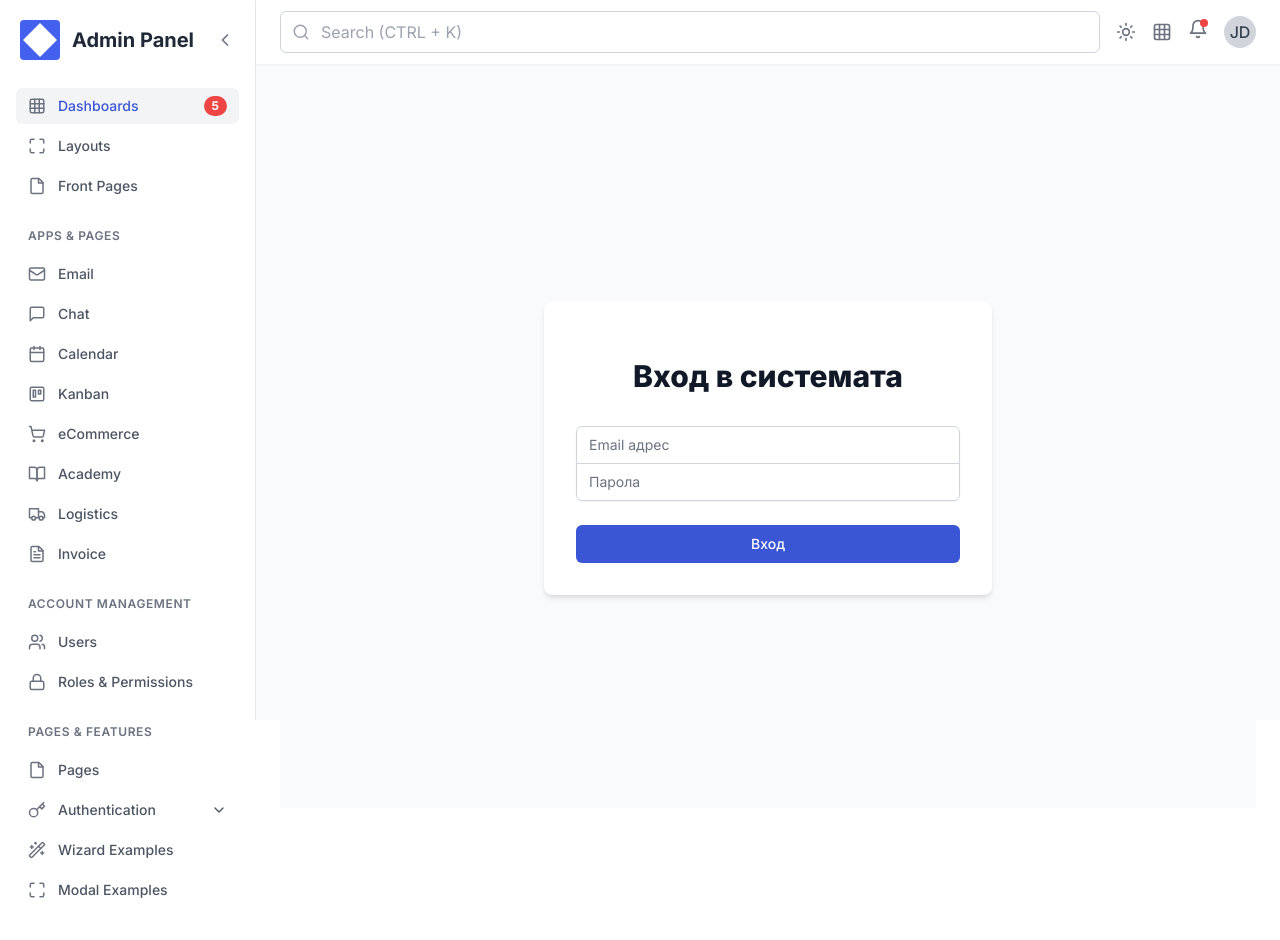
Repository: StoyanStoyanov1/DHS-Team
Page: /login (app in dhs-admin-panel/)
The author's editor kept a copy of each file at every save. The page is drawn from the files as they stood at one save, then again after the next save.
The browser window is 1280 px wide. The pictures show the whole page.
The project was rebuilt for these pictures with package versions that can differ from the ones it lists, and the page was loaded fresh each time. The framework's server and built-in components were replaced by stand-ins that run in the browser. Also part of the build but not shown: dhs-admin-panel/next.config.ts.

Above is the page before, as saved 2025-04-22 13:21:36.

### dhs-admin-panel/src/app/layout.tsx
import type { Metadata } from 'next';
import { Inter } from 'next/font/google';
import './globals.css';
import DashboardLayout from './components/Layout';

const inter = Inter({ subsets: ['latin'] });

export const metadata: Metadata = {
    title: 'Admin Dashboard',
    description: 'NextJS Admin Dashboard',
};

export default function RootLayout({
                                       children,
                                   }: {
    children: React.ReactNode
}) {
    return (
        <html lang="en">
        <body className={inter.className}>
        <DashboardLayout>
            {children}
        </DashboardLayout>
        </body>
        </html>
    );
}

### dhs-admin-panel/src/app/login/page.tsx
'use client';

import React from 'react';
import { useRouter } from 'next/navigation';

export default function LoginPage() {
    const router = useRouter();

    return (
        <div className="min-h-screen flex items-center justify-center bg-gray-50">
            <div className="max-w-md w-full space-y-8 p-8 bg-white rounded-lg shadow-md">
                <div>
                    <h2 className="mt-6 text-center text-3xl font-extrabold text-gray-900">
                        Вход в системата
                    </h2>
                </div>
                <form className="mt-8 space-y-6">
                    <div className="rounded-md shadow-sm -space-y-px">
                        <div>
                            <label htmlFor="email" className="sr-only">Email адрес</label>
                            <input
                                id="email"
                                name="email"
                                type="email"
                                required
                                className="appearance-none rounded-none relative block w-full px-3 py-2 border border-gray-300 placeholder-gray-500 text-gray-900 rounded-t-md focus:outline-none focus:ring-blue-500 focus:border-blue-500 focus:z-10 sm:text-sm"
                                placeholder="Email адрес"
                            />
                        </div>
                        <div>
                            <label htmlFor="password" className="sr-only">Парола</label>
                            <input
                                id="password"
                                name="password"
                                type="password"
                                required
                                className="appearance-none rounded-none relative block w-full px-3 py-2 border border-gray-300 placeholder-gray-500 text-gray-900 rounded-b-md focus:outline-none focus:ring-blue-500 focus:border-blue-500 focus:z-10 sm:text-sm"
                                placeholder="Парола"
                            />
                        </div>
                    </div>

                    <div>
                        <button
                            type="submit"
                            className="group relative w-full flex justify-center py-2 px-4 border border-transparent text-sm font-medium rounded-md text-white bg-blue-600 hover:bg-blue-700 focus:outline-none focus:ring-2 focus:ring-offset-2 focus:ring-blue-500"
                        >
                            Вход
                        </button>
                    </div>
                </form>
            </div>
        </div>
    );
}

### dhs-admin-panel/src/app/components/Layout.tsx
'use client';

import { useState, ReactNode } from 'react';
import Header from './Header';
import Sidebar from './Sidebar';

interface DashboardLayoutProps {
    children: ReactNode;
}

const Layout: React.FC<DashboardLayoutProps> = ({ children }) => {
    const [activeSection, setActiveSection] = useState<string>('dashboards');
    const [isSidebarCollapsed, setIsSidebarCollapsed] = useState(false);

    return (
        <div className="flex h-screen bg-gray-50">
            <Sidebar
                activeSection={activeSection}
                setActiveSection={setActiveSection}
                isCollapsed={isSidebarCollapsed}
                toggleCollapse={() => setIsSidebarCollapsed(!isSidebarCollapsed)}
            />

            <div className="flex-1">
                <Header />

                <main className="p-6">
                    {children}
                </main>
            </div>
        </div>
    );
};

export default Layout;

### dhs-admin-panel/src/app/components/Header.tsx
'use client';

import React from 'react';
import { Sun, Grid, Bell } from 'lucide-react';
import SearchBar from './SearchBar';

const Header: React.FC = () => {
    return (
        <header className="bg-white shadow-sm h-16 flex items-center px-6">
            <SearchBar />
            <div className="flex items-center space-x-4 ml-4">
                <button className="text-gray-500 hover:text-gray-700">
                    <Sun size={20} />
                </button>
                <button className="text-gray-500 hover:text-gray-700">
                    <Grid size={20} />
                </button>
                <div className="relative">
                    <button className="text-gray-500 hover:text-gray-700">
                        <Bell size={20} />
                    </button>
                    <div className="absolute top-0 right-0 w-2 h-2 bg-red-500 rounded-full"></div>
                </div>
                <div className="w-8 h-8 rounded-full bg-gray-300 flex items-center justify-center text-gray-700 font-medium">
                    JD
                </div>
            </div>
        </header>
    );
};

export default Header;

### dhs-admin-panel/src/app/components/Sidebar.tsx
'use client';

import React, { useState } from 'react';
import {
    Grid,
    Mail,
    MessageSquare,
    Calendar,
    Trello,
    ShoppingCart,
    BookOpen,
    Truck,
    FileText,
    Users,
    Lock,
    File,
    Key,
    Wand2,
    Maximize,
    ChevronLeft,
    ChevronRight,
    LogIn,
    UserPlus,
    ChevronDown,
    ChevronUp
} from 'lucide-react';
import NavItem from './NavItem';
import { useRouter } from 'next/navigation';

interface SidebarProps {
    activeSection: string;
    setActiveSection: (section: string) => void;
    isCollapsed: boolean;
    toggleCollapse: () => void;
}

const Sidebar: React.FC<SidebarProps> = ({
    activeSection,
    setActiveSection,
    isCollapsed,
    toggleCollapse
}) => {
    const router = useRouter();
    const [isAuthOpen, setIsAuthOpen] = useState(false);

    const handleAuthClick = () => {
        setIsAuthOpen(!isAuthOpen);
    };

    const handleLoginClick = () => {
        router.push('/login');
    };

    const handleRegisterClick = () => {
        router.push('/register');
    };

    return (
        <div className={`bg-white border-r border-gray-200 transition-all duration-300 ${isCollapsed ? 'w-20' : 'w-64'}`}>
            {/* Logo and Title */}
            <div className="flex items-center justify-between p-5">
                <div className="flex items-center">
                    <div className="h-10 w-10 rounded bg-blue-500 flex items-center justify-center">
                        <div className="w-6 h-6 bg-white transform rotate-45"></div>
                    </div>
                    {!isCollapsed && (
                        <span className="ml-3 text-xl font-bold text-gray-800">Admin Panel</span>
                    )}
                </div>
                <button
                    onClick={toggleCollapse}
                    className="text-gray-500 hover:text-gray-700"
                >
                    {isCollapsed ? <ChevronRight size={20} /> : <ChevronLeft size={20} />}
                </button>
            </div>

            {/* Navigation */}
            <div className="px-4 py-2">
                <div className="mb-6">
                    <NavItem
                        icon={<Grid size={18} />}
                        label="Dashboards"
                        badge="5"
                        active={activeSection === 'dashboards'}
                        onClick={() => setActiveSection('dashboards')}
                        isCollapsed={isCollapsed}
                    />
                    <NavItem
                        icon={<Maximize size={18} />}
                        label="Layouts"
                        active={activeSection === 'layouts'}
                        onClick={() => setActiveSection('layouts')}
                        isCollapsed={isCollapsed}
                    />
                    <NavItem
                        icon={<File size={18} />}
                        label="Front Pages"
                        active={activeSection === 'frontpages'}
                        onClick={() => setActiveSection('frontpages')}
                        isCollapsed={isCollapsed}
                    />
                </div>

                <div className="mb-6">
                    {!isCollapsed && (
                        <div className="text-xs font-semibold text-gray-500 tracking-wider mb-3 px-3">
                            APPS & PAGES
                        </div>
                    )}
                    <NavItem
                        icon={<Mail size={18} />}
                        label="Email"
                        active={activeSection === 'email'}
                        onClick={() => setActiveSection('email')}
                        isCollapsed={isCollapsed}
                    />
                    <NavItem
                        icon={<MessageSquare size={18} />}
                        label="Chat"
                        active={activeSection === 'chat'}
                        onClick={() => setActiveSection('chat')}
                        isCollapsed={isCollapsed}
                    />
                    <NavItem
                        icon={<Calendar size={18} />}
                        label="Calendar"
                        active={activeSection === 'calendar'}
                        onClick={() => setActiveSection('calendar')}
                        isCollapsed={isCollapsed}
                    />
                    <NavItem
                        icon={<Trello size={18} />}
                        label="Kanban"
                        active={activeSection === 'kanban'}
                        onClick={() => setActiveSection('kanban')}
                        isCollapsed={isCollapsed}
                    />
                    <NavItem
                        icon={<ShoppingCart size={18} />}
                        label="eCommerce"
                        active={activeSection === 'ecommerce'}
                        onClick={() => setActiveSection('ecommerce')}
                        isCollapsed={isCollapsed}
                    />
                    <NavItem
                        icon={<BookOpen size={18} />}
                        label="Academy"
                        active={activeSection === 'academy'}
                        onClick={() => setActiveSection('academy')}
                        isCollapsed={isCollapsed}
                    />
                    <NavItem
                        icon={<Truck size={18} />}
                        label="Logistics"
                        active={activeSection === 'logistics'}
                        onClick={() => setActiveSection('logistics')}
                        isCollapsed={isCollapsed}
                    />
                    <NavItem
                        icon={<FileText size={18} />}
                        label="Invoice"
                        active={activeSection === 'invoice'}
                        onClick={() => setActiveSection('invoice')}
                        isCollapsed={isCollapsed}
                    />
                </div>

                <div className="mb-6">
                    {!isCollapsed && (
                        <div className="text-xs font-semibold text-gray-500 tracking-wider mb-3 px-3">
                            ACCOUNT MANAGEMENT
                        </div>
                    )}
                    <NavItem
                        icon={<Users size={18} />}
                        label="Users"
                        active={activeSection === 'users'}
                        onClick={() => setActiveSection('users')}
                        isCollapsed={isCollapsed}
                    />
                    <NavItem
                        icon={<Lock size={18} />}
                        label="Roles & Permissions"
                        active={activeSection === 'roles'}
                        onClick={() => setActiveSection('roles')}
                        isCollapsed={isCollapsed}
                    />
                </div>

                <div className="mb-6">
                    {!isCollapsed && (
                        <div className="text-xs font-semibold text-gray-500 tracking-wider mb-3 px-3">
                            PAGES & FEATURES
                        </div>
                    )}
                    <NavItem
                        icon={<File size={18} />}
                        label="Pages"
                        active={activeSection === 'pages'}
                        onClick={() => setActiveSection('pages')}
                        isCollapsed={isCollapsed}
                    />
                    <div className="relative">
                        <div
                            className={`flex items-center px-3 py-2 rounded-md cursor-pointer mb-1 ${activeSection === 'authentication' ? 'bg-gray-100 text-blue-600' : 'text-gray-600 hover:bg-gray-50'}`}
                            onClick={handleAuthClick}
                        >
                            <div className="text-gray-500"><Key size={18} /></div>
                            {!isCollapsed && (
                                <>
                                    <span className="ml-3 text-sm font-medium">Authentication</span>
                                    <div className="ml-auto">
                                        {isAuthOpen ? <ChevronUp size={16} /> : <ChevronDown size={16} />}
                                    </div>
                                </>
                            )}
                        </div>
                        {!isCollapsed && isAuthOpen && (
                            <div className="ml-4 mt-1 space-y-1">
                                <button
                                    onClick={handleLoginClick}
                                    className="flex items-center w-full px-3 py-2 text-sm text-gray-600 hover:bg-gray-50 rounded-md"
                                >
                                    <LogIn size={16} className="mr-2" />
                                    Вход
                                </button>
                                <button
                                    onClick={handleRegisterClick}
                                    className="flex items-center w-full px-3 py-2 text-sm text-gray-600 hover:bg-gray-50 rounded-md"
                                >
                                    <UserPlus size={16} className="mr-2" />
                                    Регистрация
                                </button>
                            </div>
                        )}
                    </div>
                    <NavItem
                        icon={<Wand2 size={18} />}
                        label="Wizard Examples"
                        active={activeSection === 'wizard'}
                        onClick={() => setActiveSection('wizard')}
                        isCollapsed={isCollapsed}
                    />
                    <NavItem
                        icon={<Maximize size={18} />}
                        label="Modal Examples"
                        active={activeSection === 'modal'}
                        onClick={() => setActiveSection('modal')}
                        isCollapsed={isCollapsed}
                    />
                </div>
            </div>
        </div>
    );
};

export default Sidebar;

### dhs-admin-panel/src/app/components/SearchBar.tsx
'use client';

import React from 'react';
import { Search } from 'lucide-react';

const SearchBar: React.FC = () => {
    return (
        <div className="flex-1 relative">
        <div className="absolute inset-y-0 left-0 pl-3 flex items-center pointer-events-none">
        <Search size={18} className="text-gray-400" />
        </div>
        <input
    type="text"
    placeholder="Search (CTRL + K)"
    className="w-full pl-10 pr-4 py-2 border border-gray-300 rounded-md focus:outline-none focus:ring-1 focus:ring-blue-500 focus:border-blue-500"
        />
        </div>
);
};

export default SearchBar;

### dhs-admin-panel/src/app/components/NavItem.tsx
'use client';

import React, { ReactNode } from 'react';

interface NavItemProps {
    icon: ReactNode;
    label: string;
    badge?: string;
    active: boolean;
    onClick: () => void;
    isCollapsed: boolean;
}

const NavItem: React.FC<NavItemProps> = ({
    icon,
    label,
    badge,
    active,
    onClick,
    isCollapsed
}) => {
    return (
        <div
            className={`flex items-center px-3 py-2 rounded-md cursor-pointer mb-1 ${active ? 'bg-gray-100 text-blue-600' : 'text-gray-600 hover:bg-gray-50'}`}
            onClick={onClick}
            title={isCollapsed ? label : undefined}
        >
            <div className="text-gray-500">{icon}</div>
            {!isCollapsed && (
                <>
                    <span className="ml-3 text-sm font-medium">{label}</span>
                    {badge && (
                        <div className="ml-auto bg-red-500 text-white text-xs font-bold px-2 py-0.5 rounded-full">
                            {badge}
                        </div>
                    )}
                </>
            )}
        </div>
    );
};

export default NavItem;

### dhs-admin-panel/tailwind.config.js
/** @type {import('tailwindcss').Config} */
module.exports = {
    content: [
        './src/components/**/*.{js,ts,jsx,tsx,mdx}',
        './src/app/**/*.{js,ts,jsx,tsx,mdx}',
    ],
    theme: {
        extend: {
            colors: {
                blue: {
                    500: '#4361ee',
                    600: '#3a56d4',
                },
            }
        },
    },
    plugins: [],
}

Loaded but not shown: dhs-admin-panel/src/app/globals.css (common file)

After the next save:
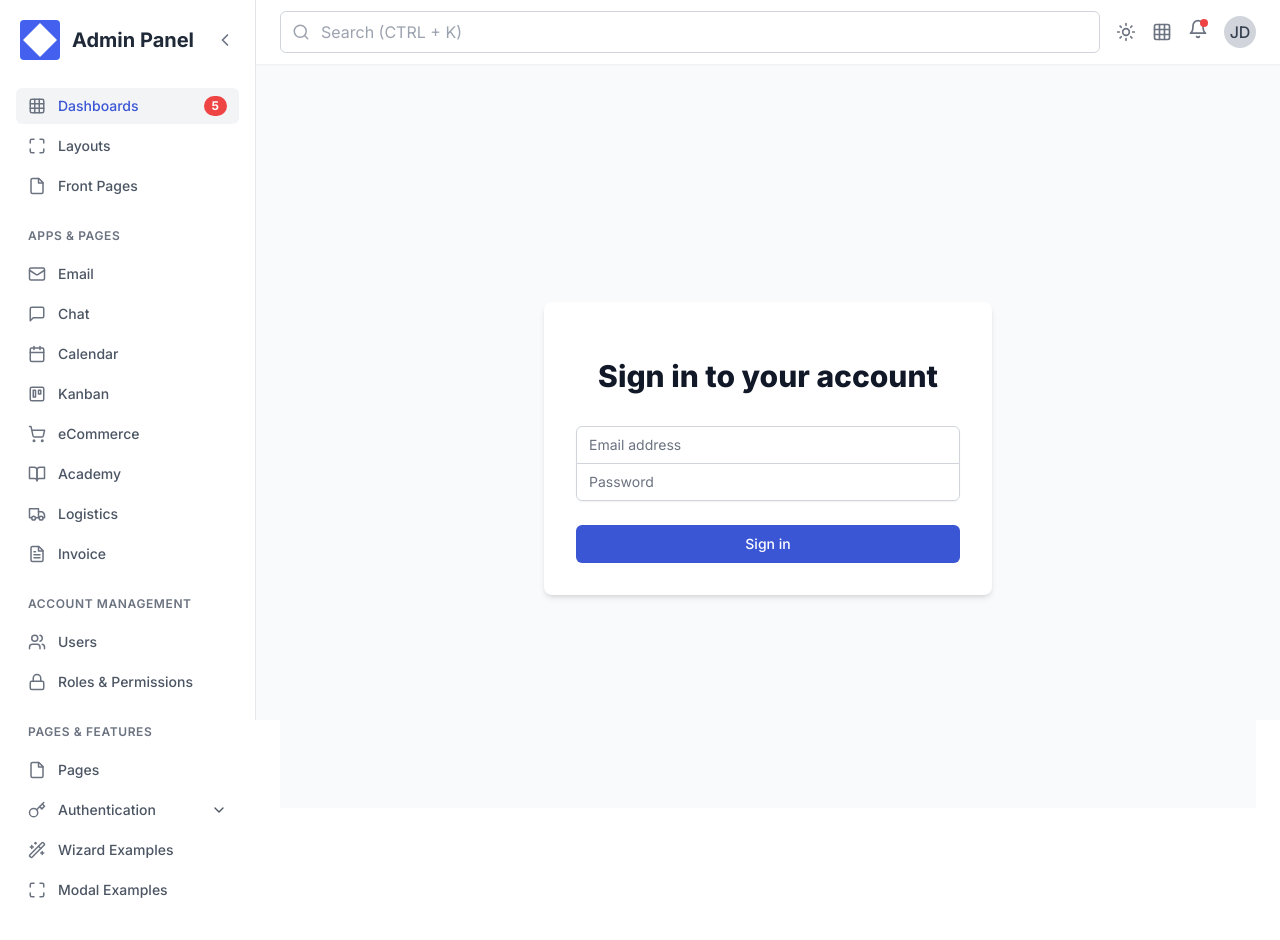
Saved 35 s later.
--- a/dhs-admin-panel/src/app/login/page.tsx
+++ b/dhs-admin-panel/src/app/login/page.tsx
@@ -11,31 +11,31 @@ export default function LoginPage() {
             <div className="max-w-md w-full space-y-8 p-8 bg-white rounded-lg shadow-md">
                 <div>
                     <h2 className="mt-6 text-center text-3xl font-extrabold text-gray-900">
-                        Вход в системата
+                        Sign in to your account
                     </h2>
                 </div>
                 <form className="mt-8 space-y-6">
                     <div className="rounded-md shadow-sm -space-y-px">
                         <div>
-                            <label htmlFor="email" className="sr-only">Email адрес</label>
+                            <label htmlFor="email" className="sr-only">Email address</label>
                             <input
                                 id="email"
                                 name="email"
                                 type="email"
                                 required
                                 className="appearance-none rounded-none relative block w-full px-3 py-2 border border-gray-300 placeholder-gray-500 text-gray-900 rounded-t-md focus:outline-none focus:ring-blue-500 focus:border-blue-500 focus:z-10 sm:text-sm"
-                                placeholder="Email адрес"
+                                placeholder="Email address"
                             />
                         </div>
                         <div>
-                            <label htmlFor="password" className="sr-only">Парола</label>
+                            <label htmlFor="password" className="sr-only">Password</label>
                             <input
                                 id="password"
                                 name="password"
                                 type="password"
                                 required
                                 className="appearance-none rounded-none relative block w-full px-3 py-2 border border-gray-300 placeholder-gray-500 text-gray-900 rounded-b-md focus:outline-none focus:ring-blue-500 focus:border-blue-500 focus:z-10 sm:text-sm"
-                                placeholder="Парола"
+                                placeholder="Password"
                             />
                         </div>
                     </div>
@@ -45,7 +45,7 @@ export default function LoginPage() {
                             type="submit"
                             className="group relative w-full flex justify-center py-2 px-4 border border-transparent text-sm font-medium rounded-md text-white bg-blue-600 hover:bg-blue-700 focus:outline-none focus:ring-2 focus:ring-offset-2 focus:ring-blue-500"
                         >
-                            Вход
+                            Sign in
                         </button>
                     </div>
                 </form>
